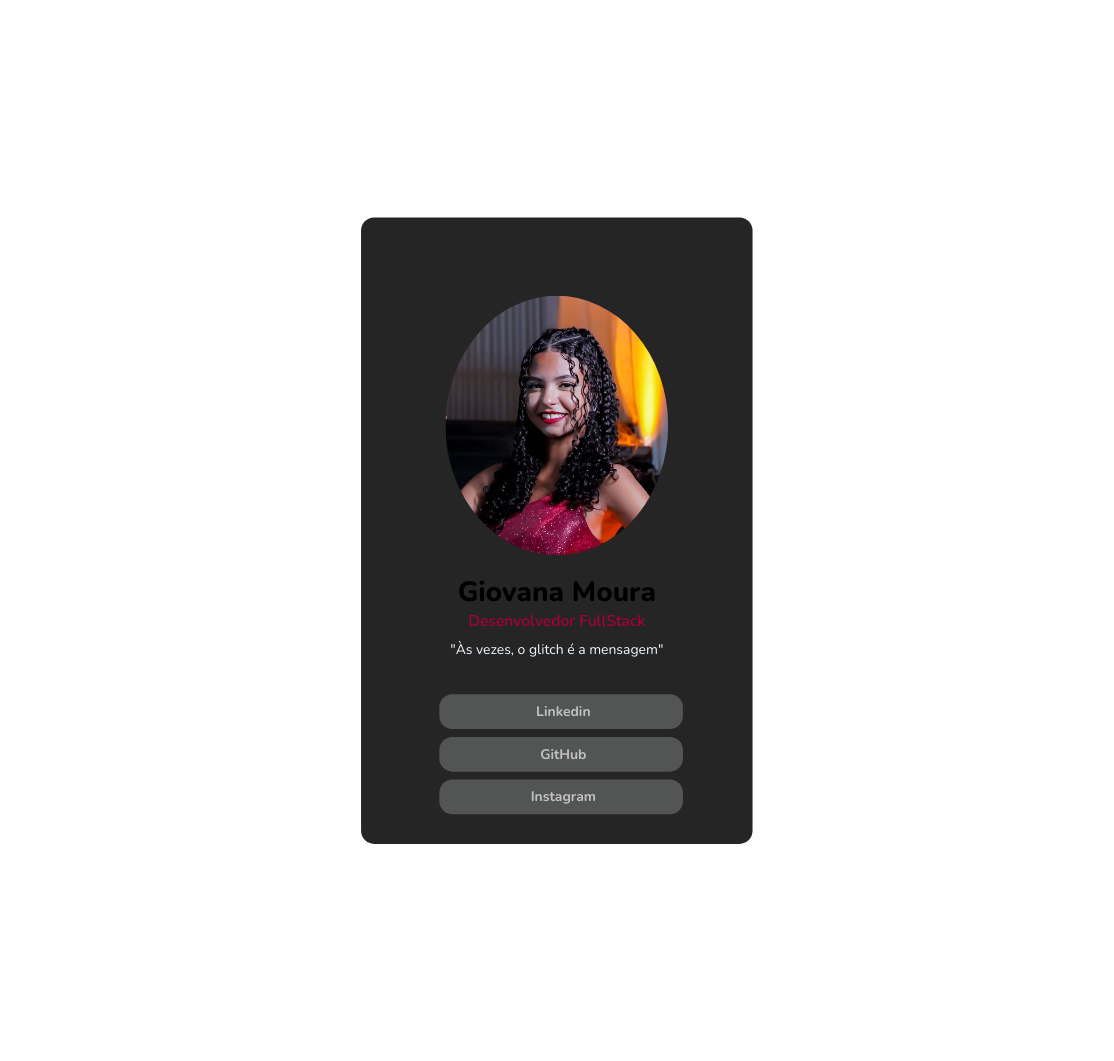
Repository: gimoli/linktree-giovana
Page: index.html
The author's editor kept a copy of each file at every save. The page is drawn from the files as they stood at one save, then again after the next save.
The browser window is 1280 px wide. The pictures show the whole page, at 87% of full size.
Some icons come from a web library that is not loaded, so they are not drawn.

Above is the page before, as saved 2025-04-11 11:58:44.

### index.html
<!DOCTYPE html>
<html lang="en">
<head>
    <meta charset="UTF-8">
    <meta name="viewport" content="width=device-width, initial-scale=1.0">
    <title>linktree Giovana</title>
    <link rel="stylesheet" href="./css/style.css">
    <link rel="preconnect" href="https://fonts.googleapis.com">
<link rel="preconnect" href="https://fonts.gstatic.com" crossorigin>
<link href="https://fonts.googleapis.com/css2?family=Nunito:ital,wght@0,200..1000;1,200..1000&display=swap" rel="stylesheet">
<link rel="stylesheet" type='text/css' href="https://fontawesome.com/icons/instagram?f=classic&s=brands" />

</head>
<body>
    <div class="container-main">
        <div class="container-imagem">
            <img src="./image-profile.jfif" alt="foto perfil"/>
        </div>
        <div class="container-infos">
            <h1>Giovana Moura</h1>
            <h3>Desenvolvedor FullStack</h3>
        </div>
        <div class="container-easter-egg">
            <p>"Às vezes, o glitch é a mensagem"</p>
        </div>
        <div class="container-social">
            <ul>
                <a href="https://www.linkedin.com/in/giovana-moura-3543032bb/" target="_blank" class="botao-linktree-1">
                     <li>

                        <i class="fa-brands fa-linkedin"></i>

                         <p>Linkedin</p>
                    </li>
                </a>

                <a href="https://github.com/gimoli" target="_blank" class="botao-linktree-2">
                     <li>
                        <i class="fa-brands fa-github"></i>
                        <p>GitHub</p>
                    </li>
                </a>
                <a href="https://www.instagram.com/gimoli_n?igsh=cTNvNDJ0M3owb3Vs&utm_source=qr" target="_blank" class="botao-linktree-3">
                     <li>
                        <i class="fa-brands fa-instagram"></i>
                        <p>Instagram</p>
                    </li>
                </a>
            </ul>
        </div>
    </div>
</body>
</html>

### CSS/style.css
@import url("./effects.css");

*{
    font-family: "Nunito", sans-serif;
    margin: 0;
    padding: 0;
    box-sizing: border-box;
}

body {
    background:linear-gradient(55deg,#a80038 #833AB4 rgb(27, 27, 27));
    animation: gradientShift 10s ease infinite;
    background-size: 400%;
}


.container-main {
    background-color: rgb(37, 37, 37);
    width: 450px;
    height: 720px;
    box-sizing: border-box;
    margin: 250px auto;
    padding: 90px;
    border-radius: 15px;
    text-align: center;
}

.container-imagem img{
    width: 256px;
    border-radius: 100%;
}

.container-infos {
    margin-top: 15px;
    margin-bottom: 10px;
}

.container-infos h1 {
    font-weight: 800;
}

.container-infos h3{
    color: #a80038;
    font-weight: 600;
    font-size: 18px;
}

.container-easter-egg {
    margin-bottom: 15px;
    color: aliceblue;
}

.container-social ul{
    list-style-type: none;
}

.container-social a{
    text-decoration: none;
    color: rgb(194, 194, 194);
}

.container-social{
  margin-top: 40px;
}

.container-social li {
  display: flex;
  justify-content: center;
  gap: 5px;
  align-items: center;
  width: 280px;
  height: 40px;
  background-color: rgb(83, 85, 85);
  margin: 9px 0;
  border-radius: 15px;
  font-weight: 700;
  transition-duration: 0.6s;

  &:hover{
    background-color: #a80038;
    transform: scale(1.1);
  }
}

### CSS/effects.css
@keyframes gradientShift {
    0% {background-position: 0% 50%; }
    50% {background-position: 100% 50%; }
    100% {background-position: 0% 50%; }
}

After the next save:
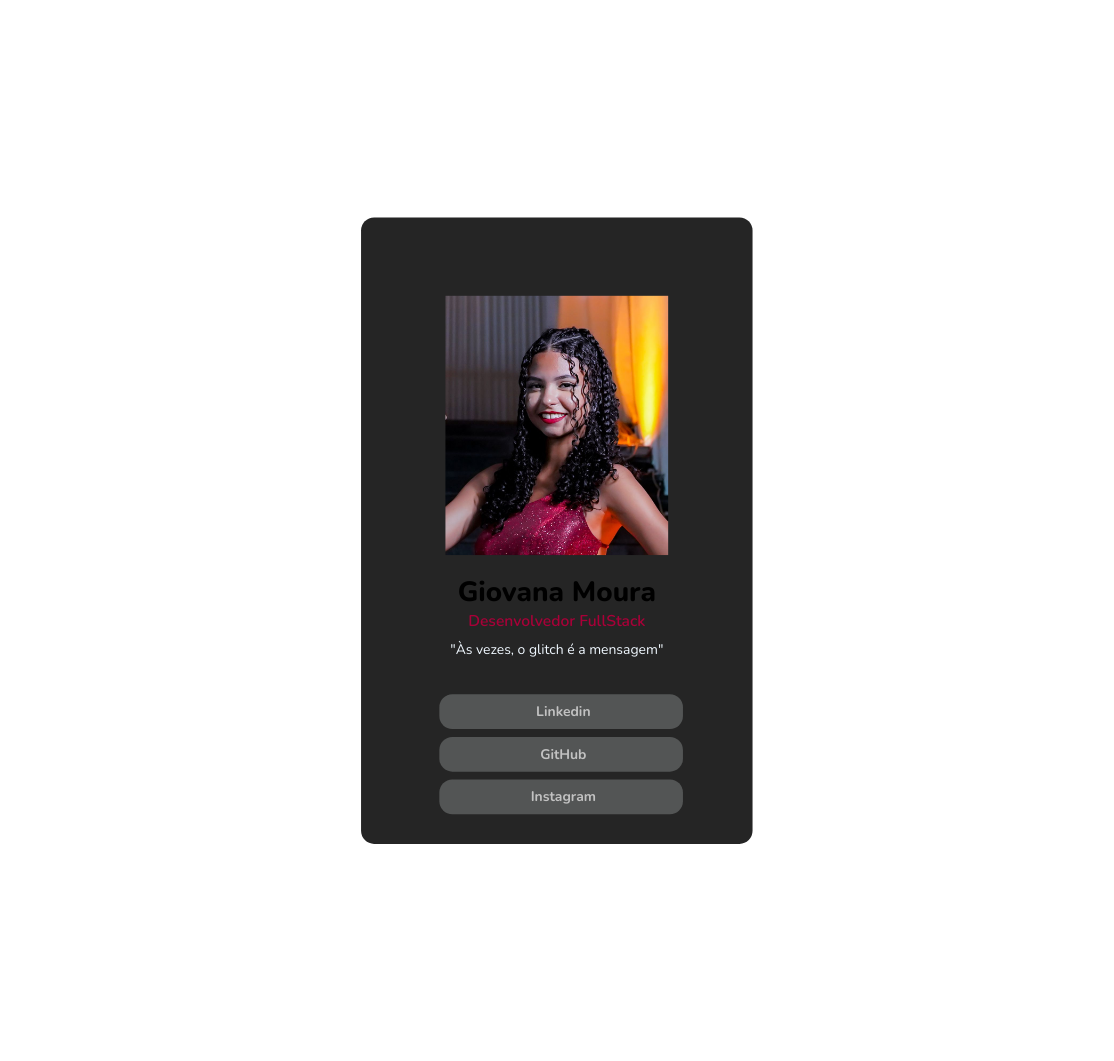
Saved 6 s later.
--- a/CSS/style.css
+++ b/CSS/style.css
@@ -27,7 +27,7 @@ body {
 
 .container-imagem img{
     width: 256px;
-    border-radius: 100%;
+    border-radius: %;
 }
 
 .container-infos {
